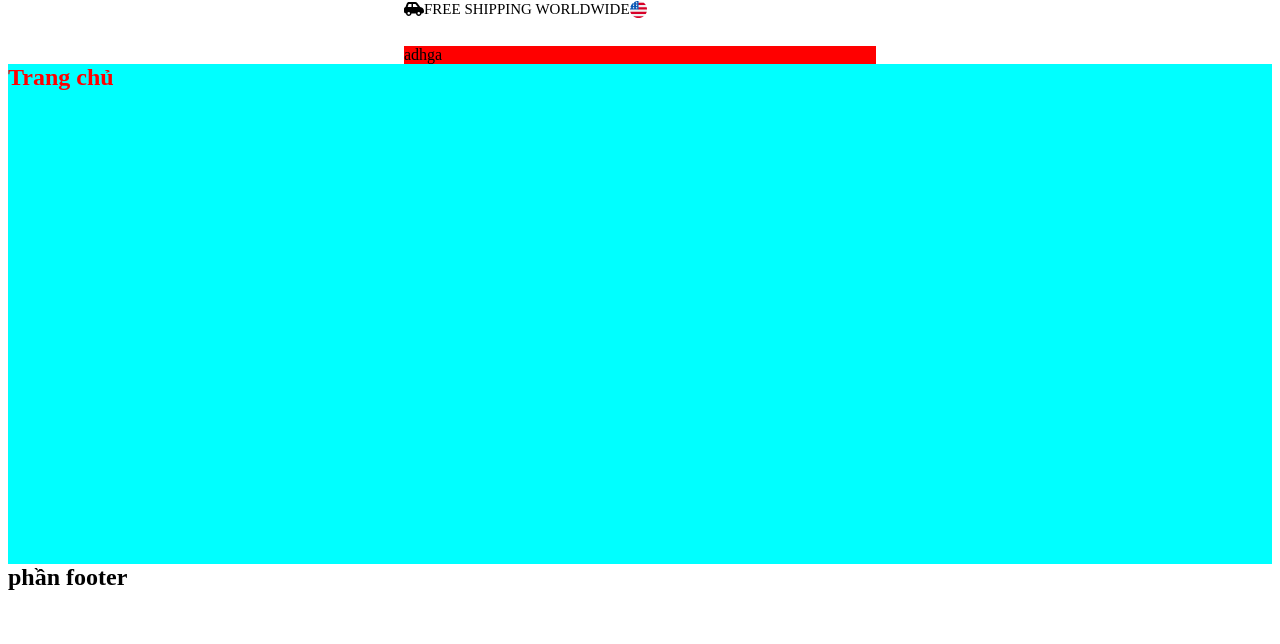
Repository: tatvanhco/shopper
Page: /
These files come from the project's save history. The page is drawn as it stood at one moment and after the next save; the edit follows.
The browser window is 1280 px wide. The pictures show the whole page.
The project was rebuilt for these pictures with package versions that can differ from the ones it lists, and the page was loaded fresh each time.

Above is the page before, as saved 2022-09-23 20:33:08.

After the next save:
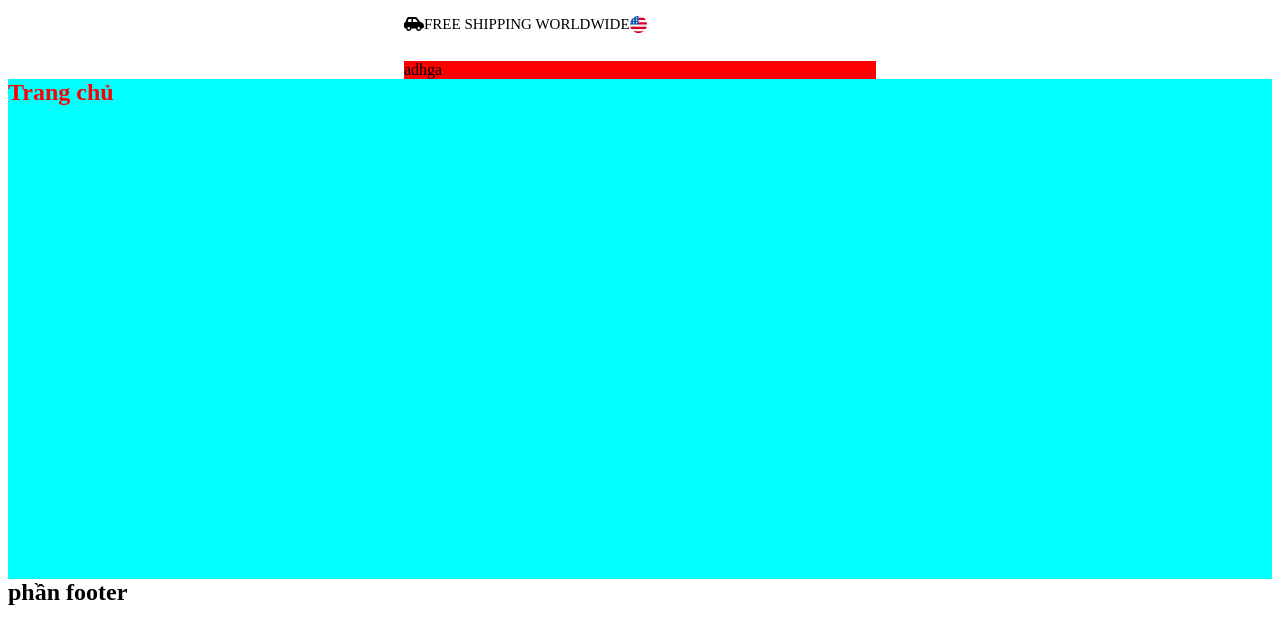
Saved 5 s later.
--- a/src/index.css
+++ b/src/index.css
@@ -2,7 +2,7 @@
 @import url('https://fonts.googleapis.com/css2?family=Roboto:wght@300;400;500;700&display=swap');
 
 html {
-    margin: -15px 0 0 0;
+    margin: 0px 0 0 0;
     padding: 0;
     /* font-family: -apple-system, BlinkMacSystemFont, 'Segoe UI', 'Roboto', 'Oxygen', 'Ubuntu', 'Cantarell', 'Fira Sans',
         'Droid Sans', 'Helvetica Neue', sans-serif; */

After the 2 saves that followed:
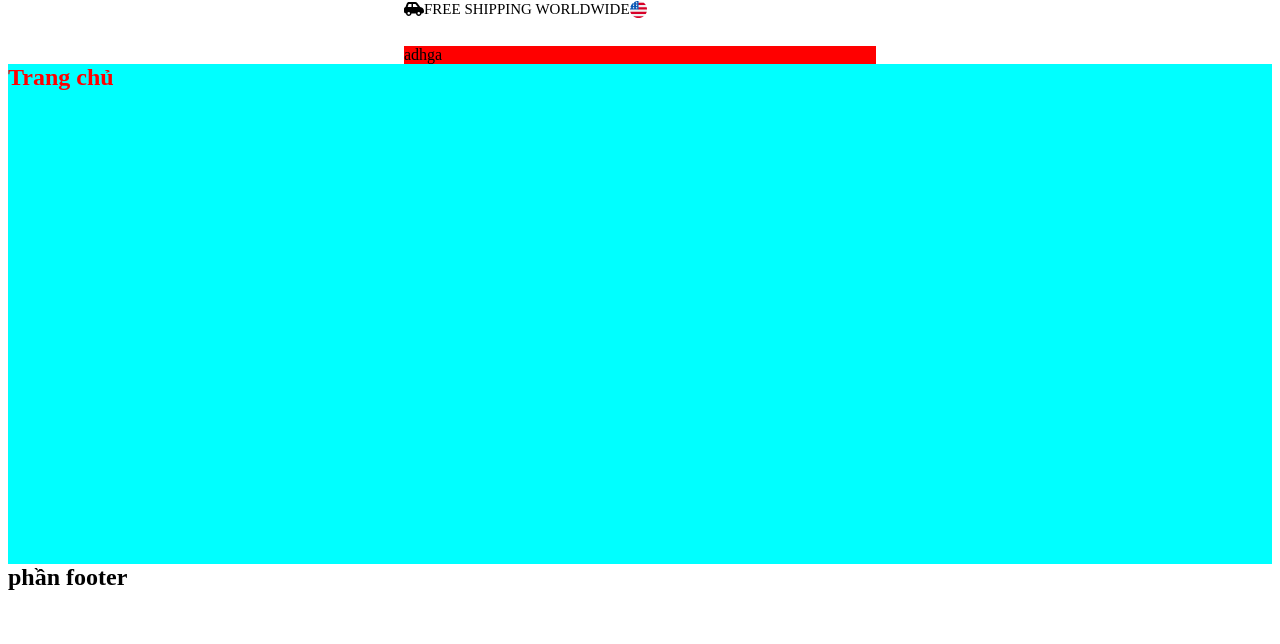
The 2 saves are shown as one change because they came seconds apart.
The last was saved 11 s later.
--- a/src/index.css
+++ b/src/index.css
@@ -2,7 +2,7 @@
 @import url('https://fonts.googleapis.com/css2?family=Roboto:wght@300;400;500;700&display=swap');
 
 html {
-    margin: 0px 0 0 0;
+    margin: -15px 0 0 0;
     padding: 0;
     /* font-family: -apple-system, BlinkMacSystemFont, 'Segoe UI', 'Roboto', 'Oxygen', 'Ubuntu', 'Cantarell', 'Fira Sans',
         'Droid Sans', 'Helvetica Neue', sans-serif; */
